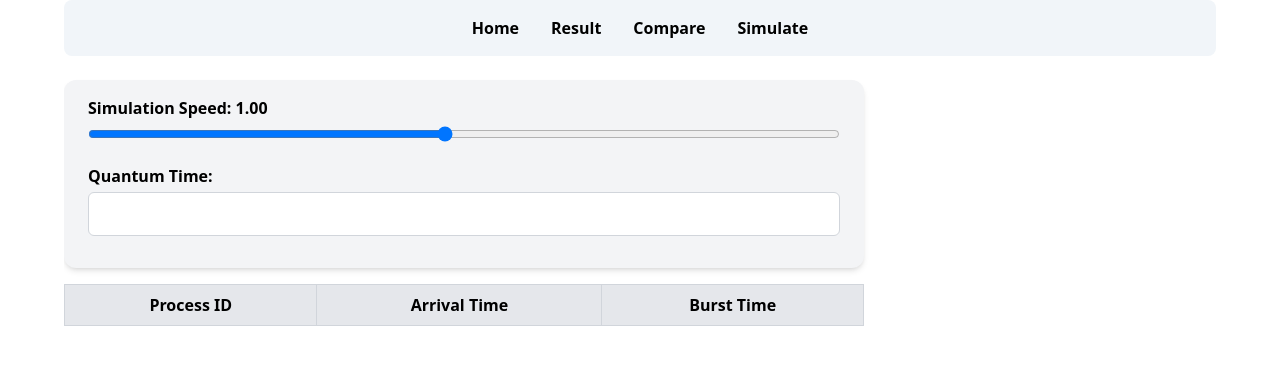
Repository: ujjwalkathait/Process_Scheduler
Page: /simulate
These files come from the project's save history. The page is drawn as it stood at one moment and after the next save; the edit follows.
The browser window is 1280 px wide. The pictures show the whole page.
The project was rebuilt for these pictures with package versions that can differ from the ones it lists, and the page was loaded fresh each time. Also part of the build but not shown: vite.config.js, src/components/CompareAlgorithmsChart.jsx, src/components/GanttChart.jsx, src/components/GanttChartTable.jsx, src/helpers/ComputeStatistics.js, src/algorithms/FCFS.js, src/algorithms/SJF.js, src/algorithms/Priority.js and 15 more.

Above is the page before, as saved 2025-05-16 08:46:21.

### index.html
<!doctype html>
<html lang="en">
  <head>
    <meta charset="UTF-8" />
    <link rel="icon" type="image/svg+xml" href="./src/assets/scheduling_favicon.jpeg" />
    <meta name="viewport" content="width=device-width, initial-scale=1.0" />
    <title>CPU Scheduling Algorithms Visualization</title>
  </head>
  <body>
    <div id="root"></div>
    <script type="module" src="/src/main.jsx"></script>
  </body>
</html>

### src/main.jsx
import ReactDOM from 'react-dom/client';
import { BrowserRouter } from 'react-router-dom';
import App from './App';
import React from 'react';
import './index.css';

ReactDOM.createRoot(document.getElementById('root')).render(
  <React.StrictMode>
    <App />
  </React.StrictMode>,
)

### src/App.jsx
import React, { useState } from 'react';
import { ToastContainer } from 'react-toastify';
import 'react-toastify/dist/ReactToastify.css';
import Compare from './pages/Compare';
import Home from './pages/Home';
import Result from './pages/Result';
import { Link, Route, BrowserRouter as Router, Routes } from 'react-router-dom';
import { ProcessProvider } from './context/ProcessContext';
import Simulate from './pages/Simulate';

function App() {

  return (
    <ProcessProvider>
      <Router>
        <div className="overflow-x-hidden mx-[5%] mb-[1rem]">
          <nav className="flex justify-center gap-8 p-4 bg-slate-100 rounded-lg">
            <Link to="/" className="font-semibold hover:underline">Home</Link>
            <Link to="/result" className="font-semibold hover:underline">Result</Link>
            <Link to="/compare" className="font-semibold hover:underline">Compare</Link>
            <Link to="/simulate" className="font-semibold hover:underline">Simulate</Link>
          </nav>
          <ToastContainer />
          <Routes>
            <Route path="/" element={<Home />} />
            <Route path="/result" element={<Result />} />
            <Route path="/compare" element={<Compare />} />
            <Route path="/simulate" element={<Simulate />} />

          </Routes>
        </div>
      </Router>
    </ProcessProvider>
  );
}

export default App

### src/index.css
@tailwind base;
@tailwind components;
@tailwind utilities;

input[type="number"] {
  @apply border border-gray-300 rounded-md;
  width: 100%;
  text-align: center;
  font-size: 1.1rem;
}

input[type="radio"] {
  @apply border border-gray-300 rounded-md;
  text-align: center;
  width: 30px;
  margin-top: 0.7rem;
}

.simulate {
  /* background: rgb(49,151,168); */
  letter-spacing: 0.15rem;
  font-weight: 900;
  font-size: 1rem;
}

.reset {
  letter-spacing: 0.08rem;
}

### src/context/ProcessContext.jsx
import React, { createContext, useState } from 'react';

export const ProcessContext = createContext();

export const ProcessProvider = ({ children }) => {
  const [arrivalTime, setArrivalTime] = useState();
  const [burstTime, setBurstTime] = useState();
  const [processId, setProcessID] = useState(1);
  const [processes, setProcesses] = useState([]);
  const [newProcesses, setUpdatedProcesses] = useState([]);
  const [updatedProcesses, setAnotherUpdatedProcesses] = useState([]);
  const [selectedAlgorithm, setSelectedAlgorithm] = useState(0);
  const [priority, setPriority] = useState();
  const [executed, setExecuted] = useState(false);
  const [statisticsData, setStatisticsData] = useState([]);

  const value = {
    arrivalTime,
    burstTime,
    processId,
    processes,
    newProcesses,
    updatedProcesses,
    selectedAlgorithm,
    priority,
    executed,
    statisticsData,
    setArrivalTime,
    setBurstTime,
    setProcessID,
    setProcesses,
    setUpdatedProcesses,
    setAnotherUpdatedProcesses,
    setSelectedAlgorithm,
    setPriority,
    setExecuted,
    setStatisticsData
  };

  return (
    <ProcessContext.Provider value={value}>
      {children}
    </ProcessContext.Provider>
  );
};

### src/pages/Simulate.jsx
import React, { useContext, useState } from 'react';
import { ProcessContext } from '../context/ProcessContext';
import InputTable from '../components/InputTable';
import SimulationControls from '../components/SimulationControls';

export default function Simulate() {
  const {
      processes,
      selectedAlgorithm,
    } = useContext(ProcessContext);
  const [simulationSpeed, setSimulationSpeed] = useState(1.0);
  const [timeQuantum, setTimeQuantum] = useState();

  const handleSimulate = () => { /* start simulation logic */ };
  const handlePause = () => { /* pause simulation logic */ };
  const handleForward = () => { /* forward step logic */ };
  const handleBack = () => { /* backward step logic */ };
  const handleExit = () => { /* cleanup / reset logic */ };

  return (
    <div className="w-full bg-white my-6 flex flex-row gap-10">
      <div className="space-y-4 col-span-1">
        <SimulationControls
          simulationSpeed={simulationSpeed}
          setSimulationSpeed={setSimulationSpeed}
          timeQuantum={timeQuantum}
          setTimeQuantum={setTimeQuantum}
        />
        <InputTable
          processes={processes}
          selectedAlgorithm={selectedAlgorithm}
        />
        {/* <ReadyQueue />
        <div className="space-y-2">
          <CPUStatus status="Idle" algorithm={selectedAlgorithm} />
          <StatsPanel stats={statisticsData} />
        </div> */}
      </div>

      {/* Right Panel */}
      {/* <div className="col-span-2 space-y-4">
        <NavigationButtons />
        <ProcessList />
        <GanttChart />
      </div> */}
    </div>
  );
}

### src/components/InputTable.jsx
import React from 'react'

const InputTable = ({selectedAlgorithm , processes}) => {
    let usesPriority = (selectedAlgorithm === 3 || selectedAlgorithm === 4 || selectedAlgorithm === 7);
  return (
    <table className="w-full border-collapse border border-gray-300 text-center">
        <thead>
            <tr className="bg-gray-200">
            <th className="border border-gray-300 px-4 py-2">Process ID</th>
            <th className="border border-gray-300 px-4 py-2">Arrival Time</th>
            <th className="border border-gray-300 px-4 py-2">Burst Time</th>
            {usesPriority && (
                <th className="border border-gray-300 px-4 py-2">Priority</th>
            )}
            </tr>
        </thead>
        <tbody>
            {processes.map((process, index) => (
            <tr key={process.processId} className="bg-white">
                <td className="border border-gray-300 px-4 py-2">P{index+1}</td>
                <td className="border border-gray-300 px-4 py-2">{process.arrivalTime}</td>
                <td className="border border-gray-300 px-4 py-2">{process.burstTime}</td>
                {usesPriority && (
                <td className="border border-gray-300 px-4 py-2">{process.priority}</td>
                )}
            </tr>
            ))}
        </tbody>
    </table>
  )
}

export default InputTable

### src/components/SimulationControls.jsx
import React, { useState } from 'react';

const SimulateControls = ({
  simulationSpeed,
  setSimulationSpeed,
  timeQuantum,
  setTimeQuantum,
//   onSimulate,
//   onPause,
//   onForward,
//   onBack,
//   onExit,
}) => {
  return (
    <div className="bg-gray-100 w-[800px] px-6 py-4 rounded-xl shadow-md">

      {/* Simulation Speed Slider */}
      <div className="mb-4">
        <label className="block font-semibold mb-1">Simulation Speed: {simulationSpeed.toFixed(2)}</label>
        <input
          type="range"
          min="0.1"
          max="2.0"
          step="0.01"
          value={simulationSpeed}
          onChange={(e) => setSimulationSpeed(parseFloat(e.target.value))}
          className="w-full"
        />
      </div>

      {/* Quantum Time Input */}
      <div className="mb-4">
        <label className="block font-semibold mb-1">Quantum Time:</label>
        <input
          type="number"
          min="1"
          value={timeQuantum}
          onChange={(e) => setTimeQuantum(Number(e.target.value))}
          className="w-full p-2 border rounded"
        />
      </div>

      {/* Buttons */}
      {/* <div className="grid grid-cols-3 gap-4 mt-4">
        <button onClick={onPause} className="bg-yellow-600 hover:bg-yellow-700 text-white font-bold py-2 rounded">
          Pause
        </button>
        <button onClick={onBack} className="bg-gray-500 hover:bg-gray-600 text-white font-bold py-2 rounded">
          Back
        </button>
        <button onClick={onSimulate} className="bg-green-600 hover:bg-green-700 text-white font-bold py-2 rounded">
          Simulate
        </button>
        <button onClick={onForward} className="bg-blue-600 hover:bg-blue-700 text-white font-bold py-2 rounded">
          Forward
        </button>
        <button onClick={onExit} className="bg-red-600 hover:bg-red-700 text-white font-bold py-2 rounded col-span-2">
          Exit
        </button>
      </div> */}
    </div>
  );
};

export default SimulateControls;

Loaded but not shown: tailwind.config.js (common file)

After the next save:
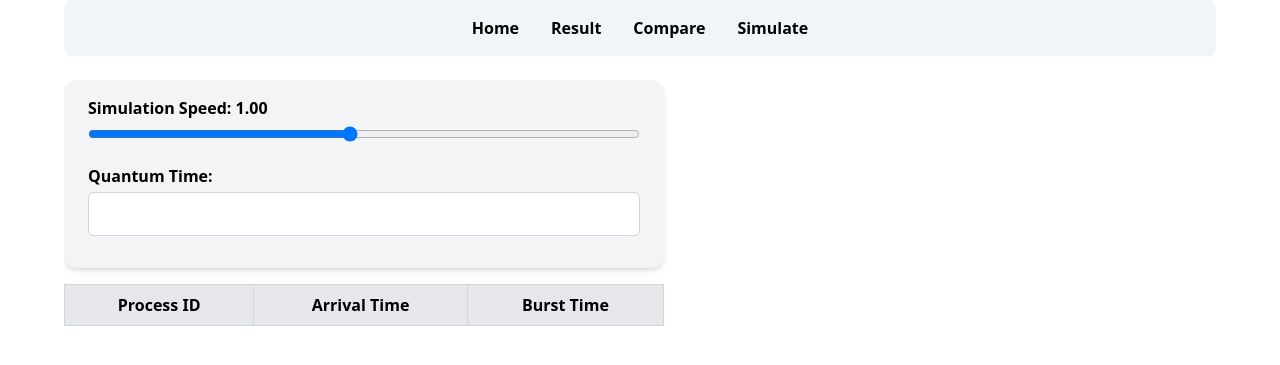
Saved 4 s later.
--- a/src/components/SimulationControls.jsx
+++ b/src/components/SimulationControls.jsx
@@ -12,7 +12,7 @@ const SimulateControls = ({
 //   onExit,
 }) => {
   return (
-    <div className="bg-gray-100 w-[800px] px-6 py-4 rounded-xl shadow-md">
+    <div className="bg-gray-100 w-[600px] px-6 py-4 rounded-xl shadow-md">
 
       {/* Simulation Speed Slider */}
       <div className="mb-4">
